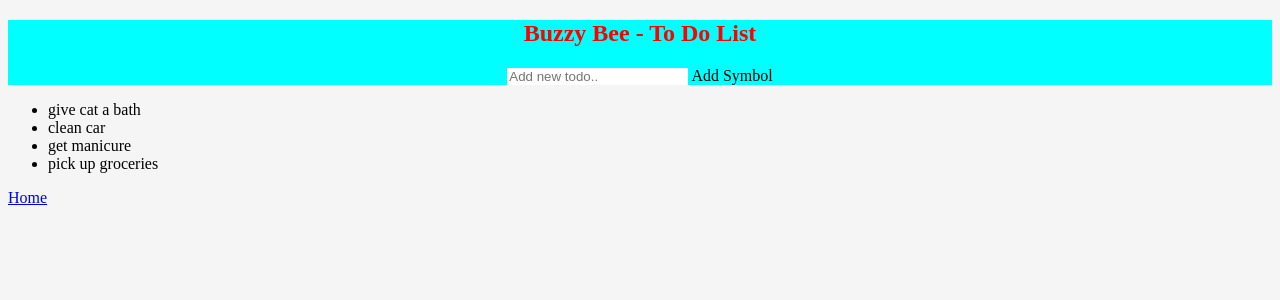
Repository: seleniadelgado/backend-spring2020-angie
Page: projects/todo/public_html/index.html
These files come from the project's save history. The page is drawn as it stood at one moment and after the next save; the edit follows.
The browser window is 1280 px wide. The pictures show the whole page.

Above is the page before, as saved 2020-05-11 18:38:30.
Console error: ReferenceError: d is not defined

After the next save:
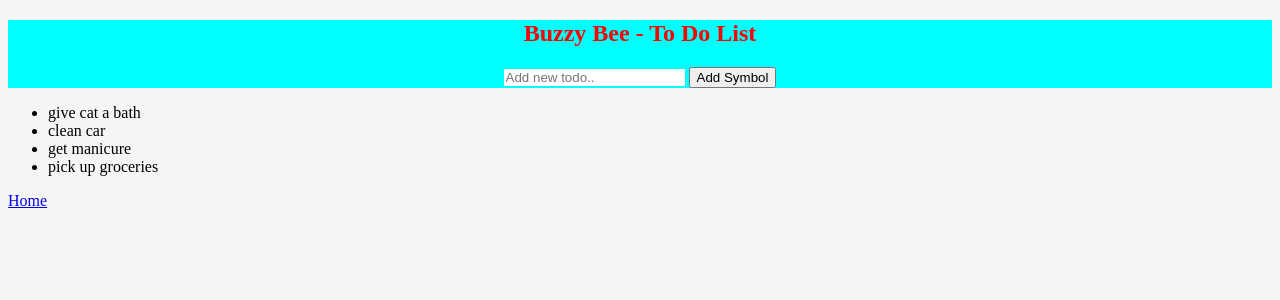
Saved 3 min 27 s later.
--- a/projects/todo/public_html/index.html
+++ b/projects/todo/public_html/index.html
@@ -20,7 +20,7 @@
         </div>
         <div id="addNote">
             <input type="text" id="newNote" placeholder="Add new todo..">
-            <span class="addBtn">Add Symbol</span>
+            <button class="addBtn">Add Symbol</button>
         </div>
     </div>
 
